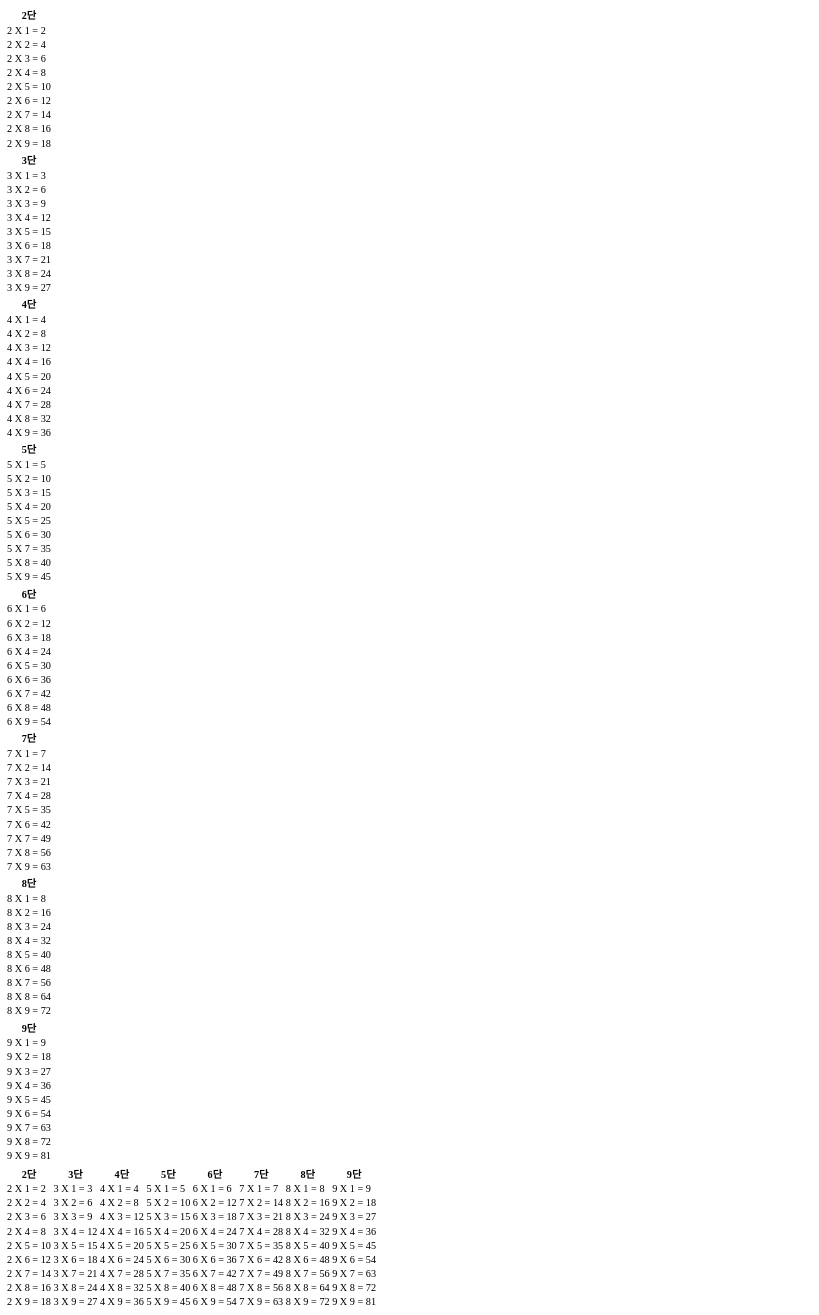
Repository: zodib0123/kdt_jsp
Page: http://localhost/MustHaveJSP/Mission/Gugudan1.jsp
The author's editor kept a copy of each file at every save. The page is drawn from the files as they stood at one save, then again after the next save.
The browser window is 1280 px wide. The pictures show the whole page, at 64% of full size.
The page is served by Tomcat 10.

Above is the page before, as saved 2025-09-22 08:13:45.

After the next save:
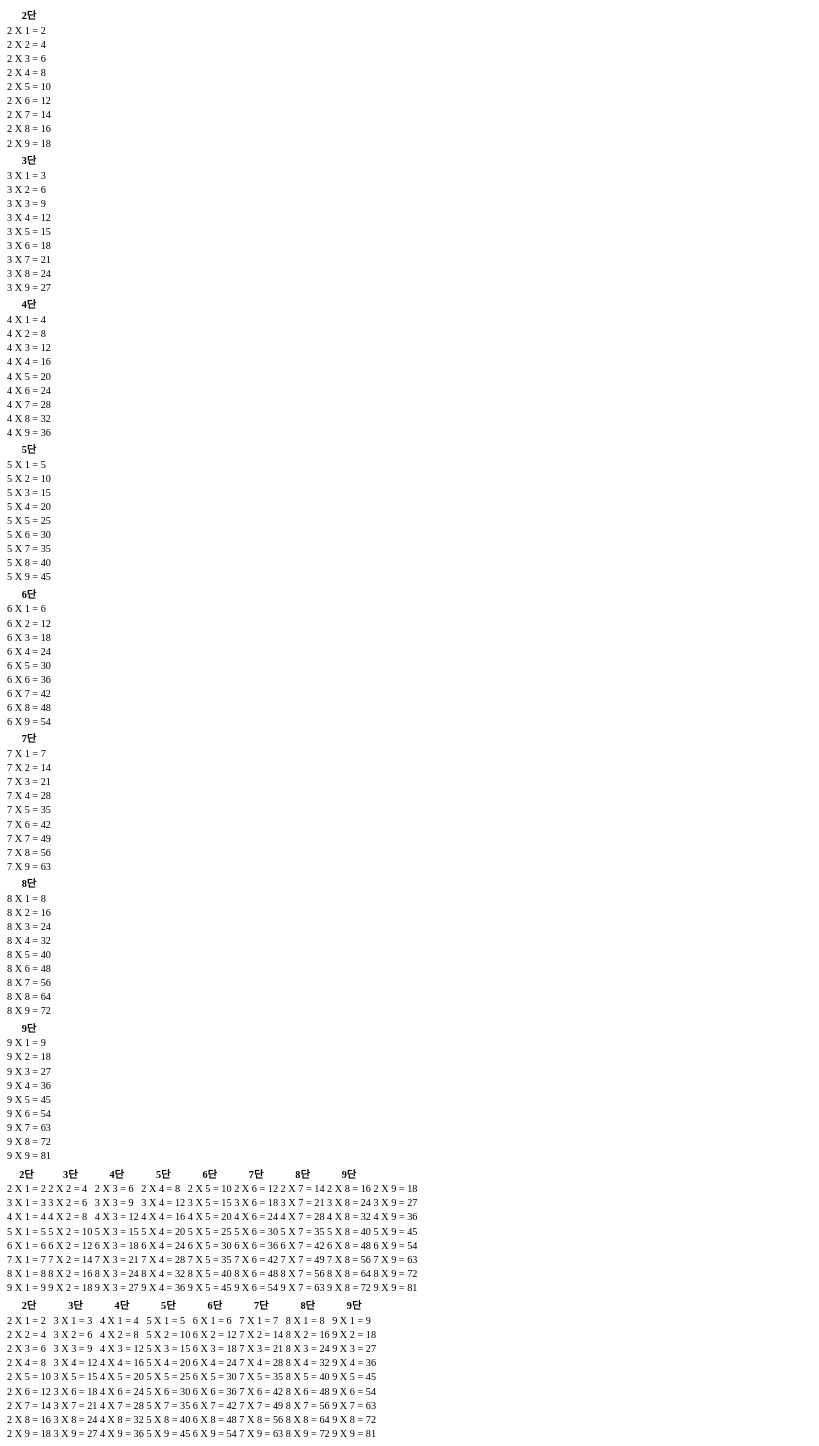
Saved 43 s later.
--- a/MustHaveJSP/src/main/webapp/Mission/Gugudan1.jsp
+++ b/MustHaveJSP/src/main/webapp/Mission/Gugudan1.jsp
@@ -30,6 +30,20 @@ out.println("<table>");
 for (int i = 2; i < 10; i++) {
 	out.println("<th>" + i + "단 </th>");
 }
+for (int i = 2; i < 10; i++) {
+	out.print("<tr>");
+	for (int j = 1; j < 10; j++) {
+		out.println("<td>" + i + " X " + j + " = " + j * i + "</td>");
+	}
+	out.print("</tr>");
+}
+out.println("</table>");
+%>
+<%
+out.println("<table>");
+for (int i = 2; i < 10; i++) {
+	out.println("<th>" + i + "단 </th>");
+}
 for (int i = 1; i < 10; i++) {
 	out.print("<tr>");
 	for (int j = 2; j < 10; j++) {
